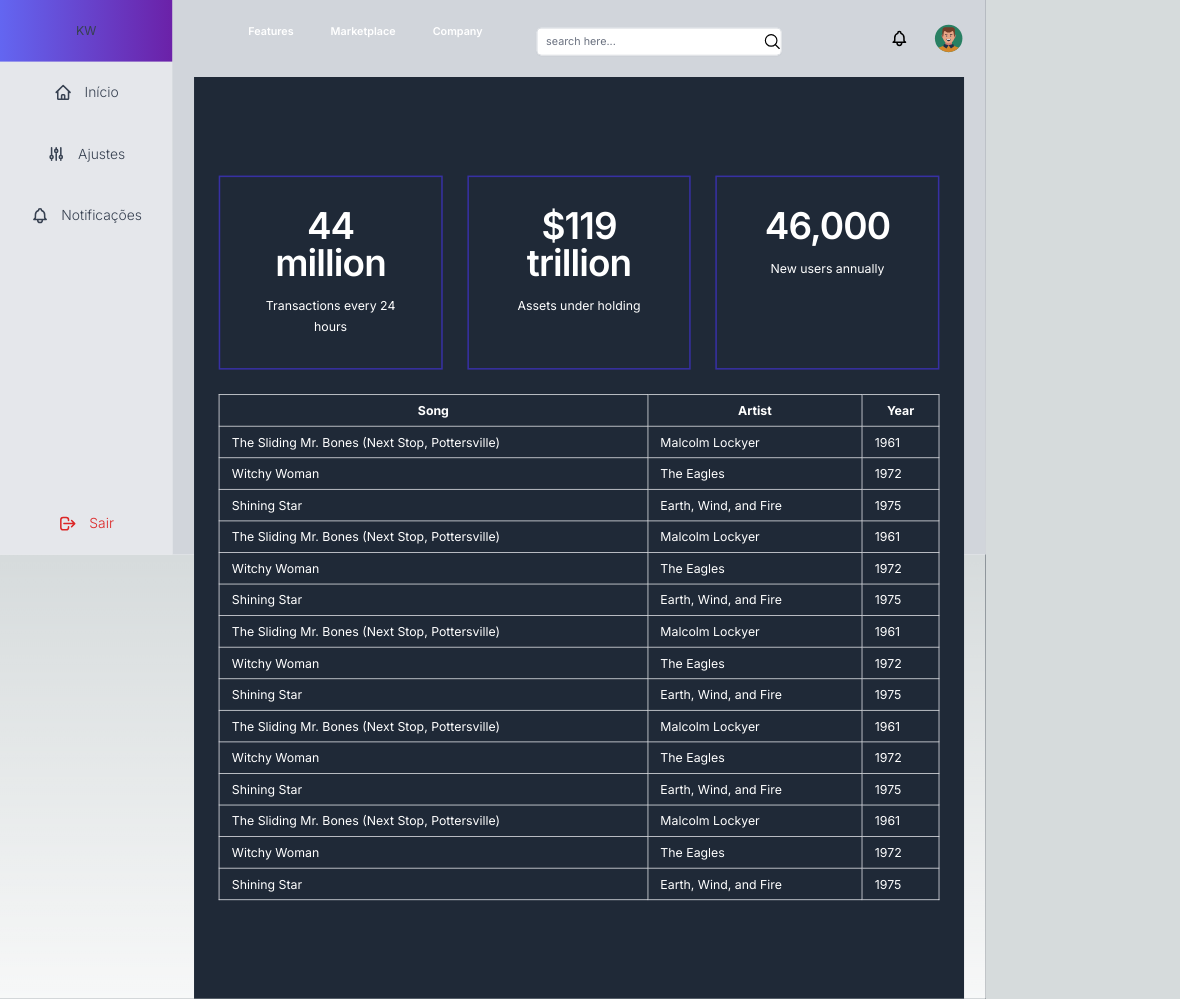
Repository: KennedyWanderson/AdminDashboard
Page: / (app in Code/admindashboard/)
These files come from the project's save history. The page is drawn as it stood at one moment and after the next save; the edit follows.
The browser window is 1280 px wide. The page is 1280 px wide, then 1532 px, then 1280 px, so the pictures cover 1532 px, including what lies to the right of the window. The pictures show the whole page, at 77% of full size.
The project was rebuilt for these pictures with package versions that can differ from the ones it lists, and the page was loaded fresh each time. The framework's server and built-in components were replaced by stand-ins that run in the browser. Also part of the build but not shown: Code/admindashboard/next.config.mjs.

Above is the page before, as saved 2024-06-23 15:55:47.

After the next save:
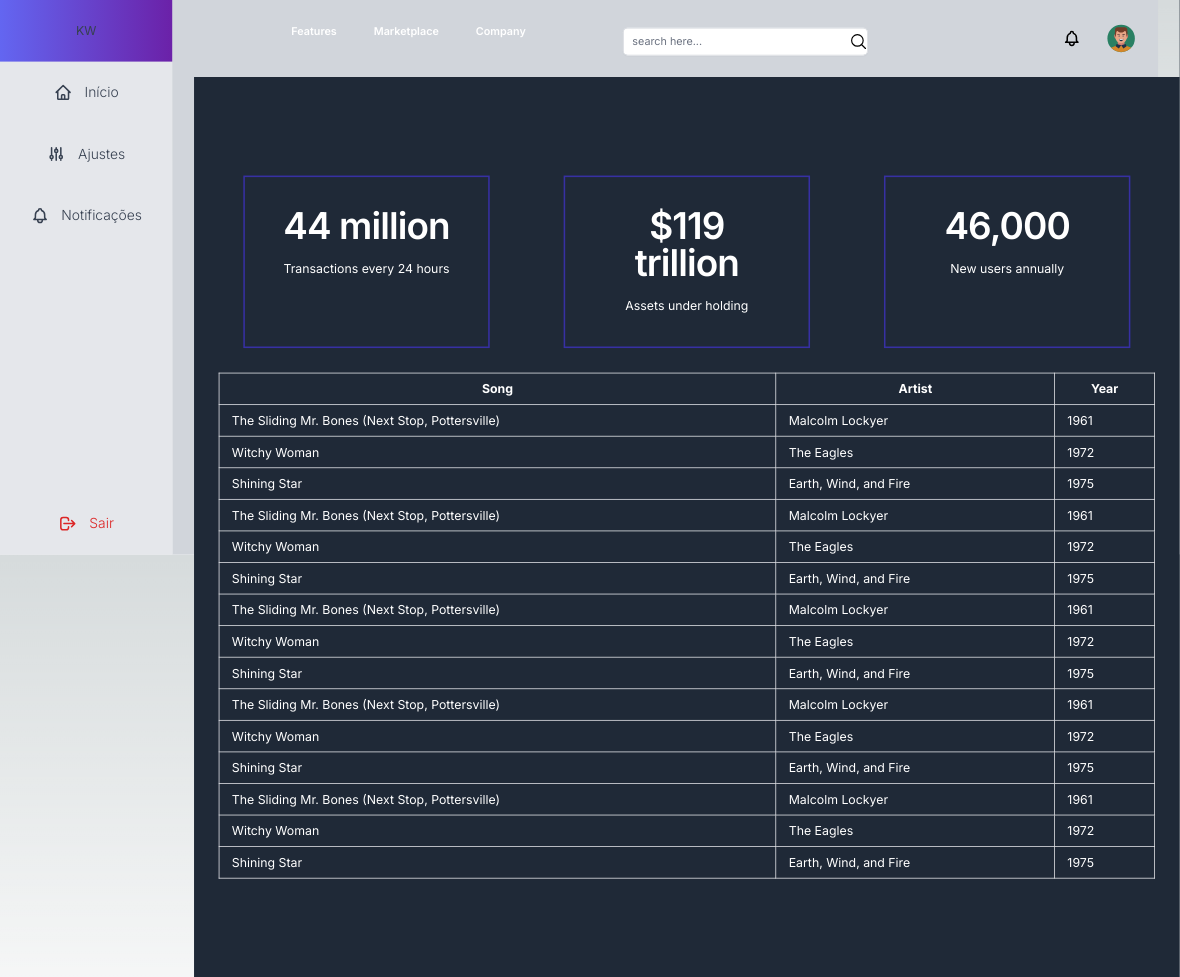
Saved 13 s later.
--- a/Code/admindashboard/src/components/Content.jsx
+++ b/Code/admindashboard/src/components/Content.jsx
@@ -1,7 +1,7 @@
 export default function Content({ children }) {
     return (
         <div className={`
-            flex flex-col mt-7 w-full
+            flex flex-col mt-7 w-screen
             dark:text-gray-200
         `}>
             {children}

After the save that followed:
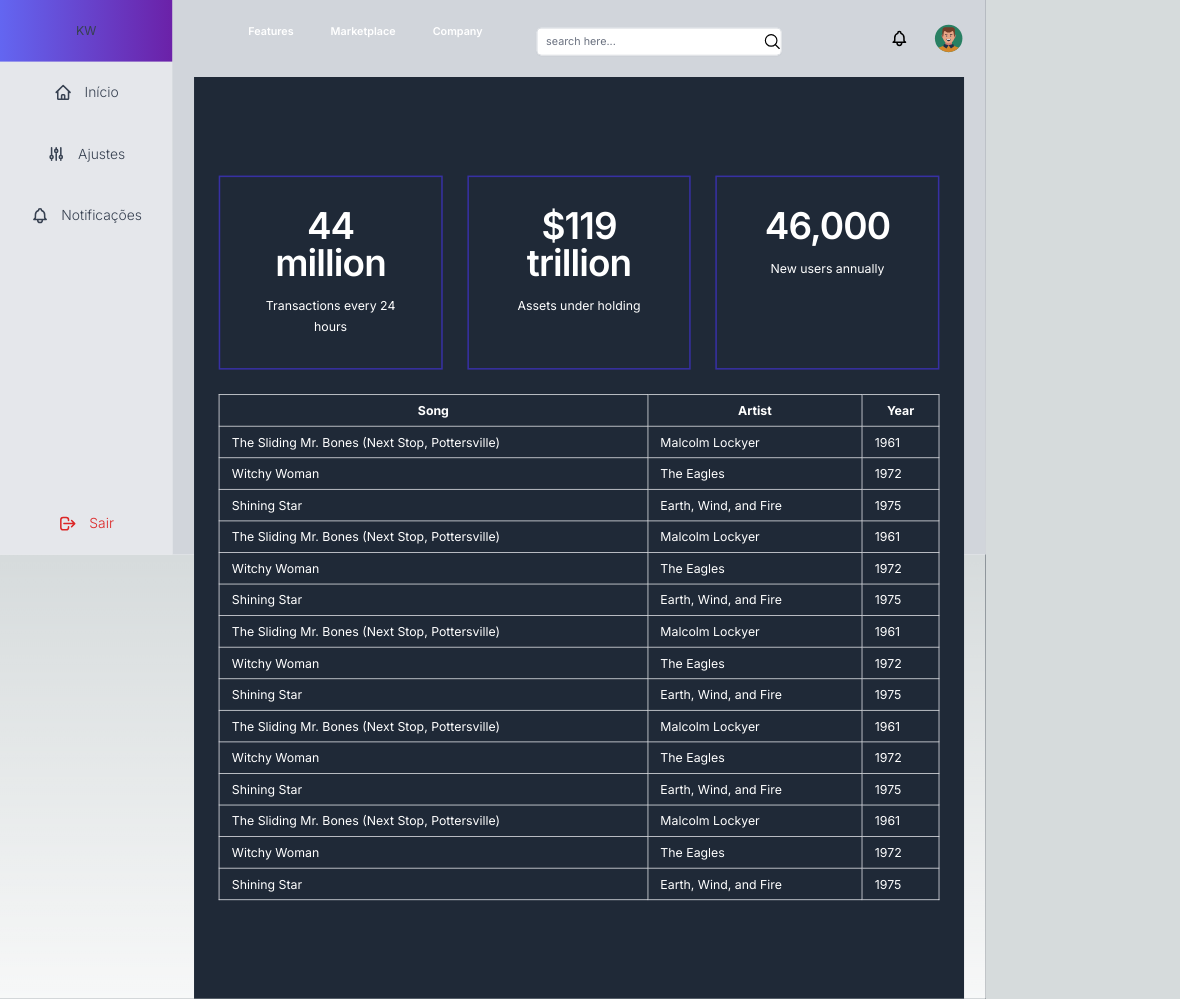
Saved 5 s later.
--- a/Code/admindashboard/src/components/Content.jsx
+++ b/Code/admindashboard/src/components/Content.jsx
@@ -1,7 +1,7 @@
 export default function Content({ children }) {
     return (
         <div className={`
-            flex flex-col mt-7 w-screen
+            flex flex-col mt-7
             dark:text-gray-200
         `}>
             {children}
